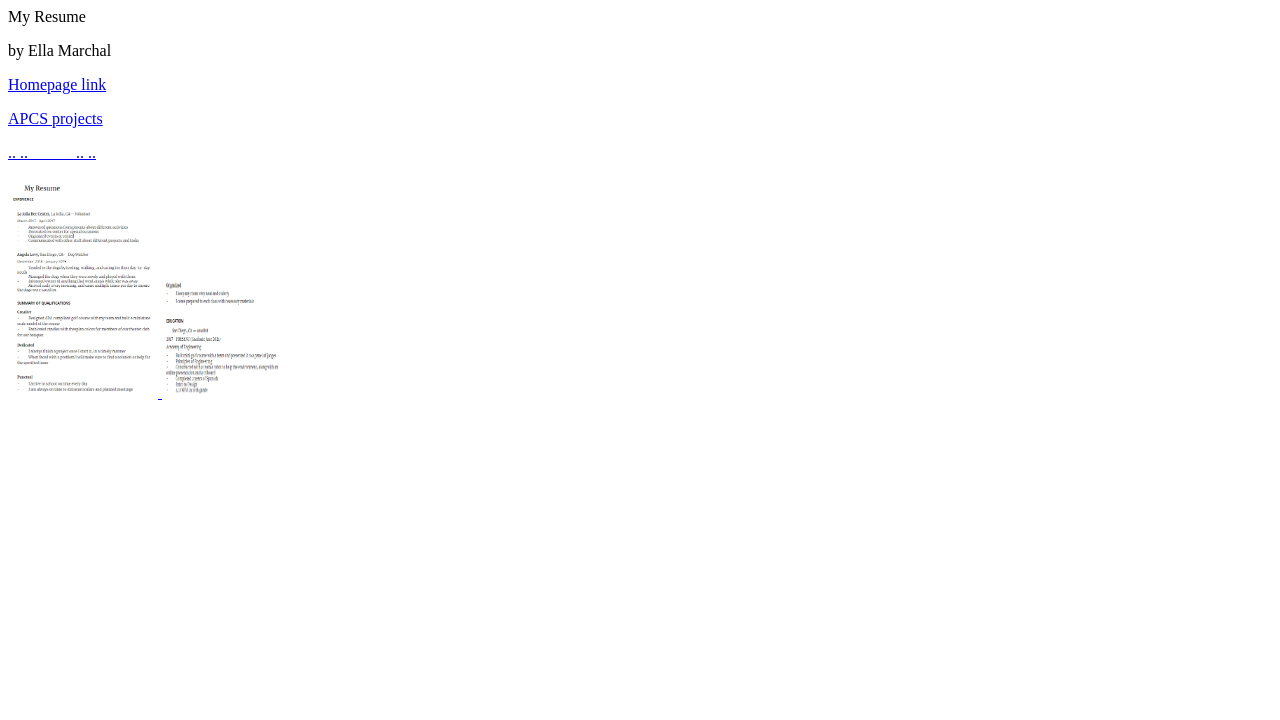
Repository: ella-m/ella-m.github.io
Page: Resume.html
The author's editor kept a record of every edit. The page is drawn from the files as they stood at one moment, then again after the next edit.
The browser window is 1280 px wide. The pictures show the whole page.

Above is the page before.

### Resume.html
<!DOCTYPE html>
<html>
<head>
<title>Title Page</title>
</head>
<body>

</h5>My Resume</h5>
<p>by Ella Marchal</p>


<p><a href="index.html">Homepage link</p>

<p><a href="apcs.html">APCS projects</p>


<p>..    .. _____ ..   ..</p>

<img src="images/snip-resume1.PNG" alt="my resume text" width="150" height="220">
<img src="images/snip-resume2.PNG" alt="my resume text 2" width="120" height="120">

</body>
</html>

After the next edit:
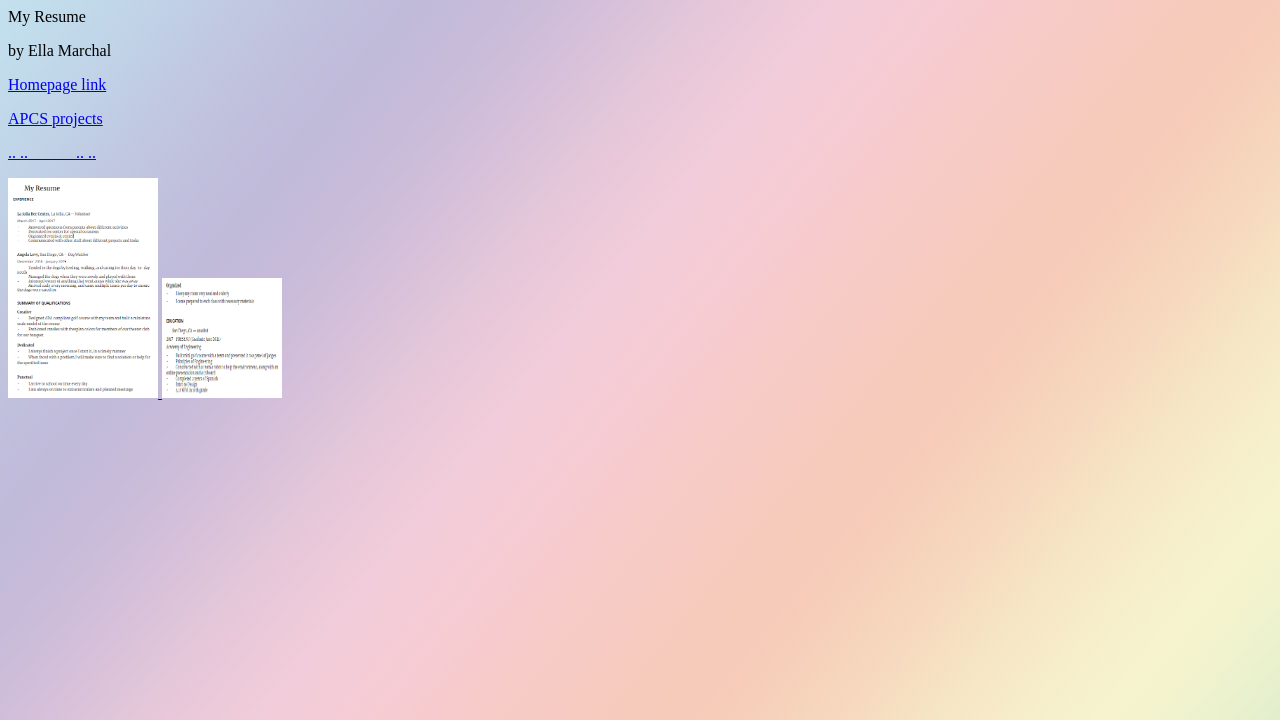
The edit:
--- a/Resume.html
+++ b/Resume.html
@@ -1,6 +1,12 @@
 <!DOCTYPE html>
 <html>
 <head>
+<style>
+body {
+  background-image: url('images/websiteback.jpg');
+}
+</style>
+
 <title>Title Page</title>
 </head>
 <body>
